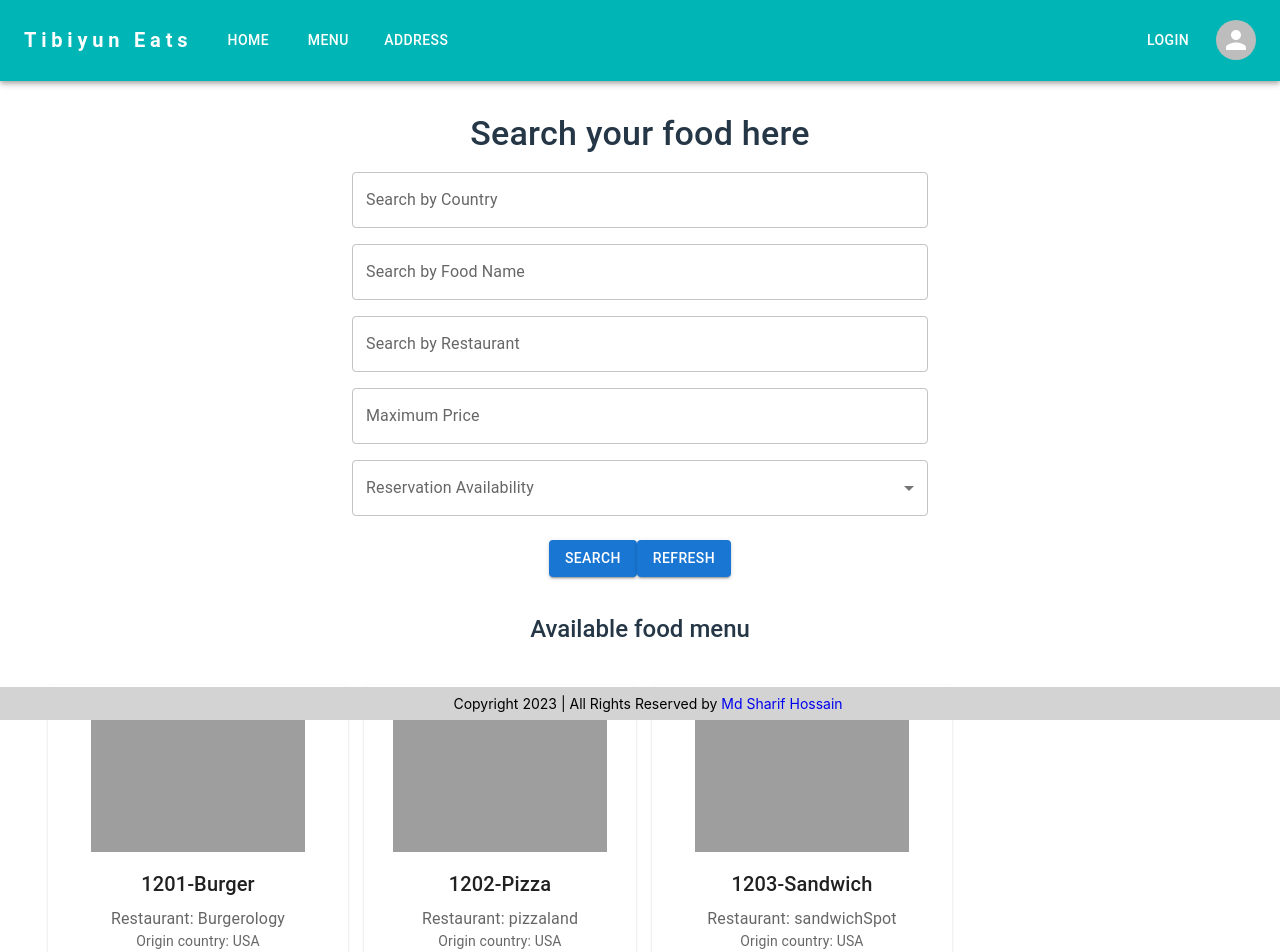
Repository: Sharif-00112/tibiyun-test-frontend
Page: /
The author's editor kept a copy of each file at every save. The page is drawn from the files as they stood at one save, then again after the next save.
The browser window is 1280 px wide. The pictures show the part of the page from y = 0 to 952 px (the page is 3146 px tall before and 3162 px after).
Pictures or frames that could not be fetched are drawn as grey boxes. The page's requests for data from a server got no answer. The project was rebuilt for these pictures with package versions that can differ from the ones it lists, and the page was loaded fresh each time. No one was signed in, and anything a server would have sent is missing. Also part of the build but not shown: src/Pages/NotFound/NotFound.js, src/Pages/Login/Login/Login.js, src/Pages/Login/Register/Register.js, src/Pages/Dashboard/Dashboard/Dashboard.js, src/Pages/Login/PrivateRoute/PrivateRoute.js, src/Pages/Dashboard/AdminPanel/AdminPanel.js. Imported but missing from the stored project, and not drawn on this page: src/Pages/Login/AdminRoute/AdminRoute, src/hooks/useTitle.

Above is the page before, as saved 2023-08-22 15:19:15.

### src/App.js
// import logo from './logo.svg';
import './App.css';
import { BrowserRouter as Router, Route, Routes} from 'react-router-dom';
import Home from './Pages/Home/Home/Home';
import NotFound from './Pages/NotFound/NotFound';
import Login from './Pages/Login/Login/Login';
import Register from './Pages/Login/Register/Register';
import AuthProvider from './contexts/AuthProvider/AuthProvider';
import Dashboard from './Pages/Dashboard/Dashboard/Dashboard';
import PrivateRoute from './Pages/Login/PrivateRoute/PrivateRoute';
import Navbar from './Pages/Shared/Header/Navbar/Navbar';
import Footer from './Pages/Shared/Footer/Footer';
import AdminRoute from './Pages/Login/AdminRoute/AdminRoute';
import AdminPanel from './Pages/Dashboard/AdminPanel/AdminPanel';


function App() {
  return (
    <div className="App">
      <AuthProvider>
        <Router>
          <Navbar></Navbar>
          <Routes>
            <Route exact path = '/' element={<Home/>}/>
            <Route exact path = '/home' element={<Home/>}/>
            <Route exact path='/login' element={<Login/>} />
            <Route exact path='/register' element={<Register/>} />

            <Route exact path='/dashboard' element={
              <PrivateRoute>
                <Dashboard></Dashboard>
              </PrivateRoute>
            } />

            <Route exact path='/admin' element={
              <AdminRoute>
                <AdminPanel></AdminPanel>
              </AdminRoute>
            } />

            <Route path = '*' element={<NotFound/>}/>
          </Routes>
          <Footer></Footer>
        </Router>
      </AuthProvider>
    </div>
  );
}

export default App;

### src/Pages/Home/Home/Home.js
import React from 'react';
import WholeMenu from '../WholeMenu/WholeMenu';

const Home = () => {
    return (
        <div>
            <WholeMenu></WholeMenu>
        </div>
    );
};

export default Home;

### src/contexts/AuthProvider/AuthProvider.js
import React from 'react';
import { createContext } from 'react';
import useFirebase from '../../hooks/useFirebase';

export const AuthContext = createContext();

const AuthProvider = (props) => {
    const {children} = props;

    const allContexts = useFirebase();

    return (
        <AuthContext.Provider value={allContexts}>
            {children}
        </AuthContext.Provider>
    );
};

export default AuthProvider;

### src/Pages/Shared/Footer/Footer.js
import { Box, Typography } from '@mui/material';
import React from 'react';

const Footer = () => {
    return (
        <Box
            sx={{
                backgroundColor: 'lightgray',
                position: 'fixed',
                bottom: 0,
                left: 0,
                width: '100%',
                padding: '8px',
                marginTop: '15px'
            }}
        >
            <Typography sx={{ my: 0, mt: 0, fontSize: 14, fontWeight: 400 }} variant="" component="div">
                Copyright 2023 | All Rights Reserved by <a style={{textDecoration: 'none'}} href="http://www.sharif-hossain.com">Md Sharif Hossain</a>
            </Typography>
        </Box>
    );
};

export default Footer;

### src/Pages/Home/WholeMenu/WholeMenu.js
import React, { useState, useEffect } from 'react';
import Grid from '@mui/material/Grid';
import { Button, Container, Typography, TextField, MenuItem as MuiMenuItem } from '@mui/material';
import { Link } from 'react-router-dom';
import MenuItem from '../MenuItem/MenuItem';
import useAuth from '../../../hooks/useAuth';

const WholeMenu = () => {
    const { user } = useAuth();

    const [menu, setMenu] = useState([]);
    const [searchCountry, setSearchCountry] = useState('');
    const [searchFoodName, setSearchFoodName] = useState('');
    const [searchRestaurant, setSearchRestaurant] = useState('');
    const [searchMaxPrice, setSearchMaxPrice] = useState('');
    const [searchReservation, setSearchReservation] = useState('');
    const [searchResults, setSearchResults] = useState([]);

    useEffect(() => {
        const url = `/foodDB.json`;
        fetch(url)
            .then(res => res.json())
            .then(data => {
                setMenu(data);
                setSearchResults(data);
            });
    }, []);

    const filterMenuItems = () => {
        return menu.filter(menuItem =>
            menuItem.foodCountry.toLowerCase().includes(searchCountry.toLowerCase()) &&
            menuItem.foodName.toLowerCase().includes(searchFoodName.toLowerCase()) &&
            menuItem.restaurantName.toLowerCase().includes(searchRestaurant.toLowerCase()) &&
            (searchMaxPrice === '' || parseFloat(menuItem.foodPrice) <= parseFloat(searchMaxPrice)) &&
            (searchReservation === '' || menuItem.reservationAvailability.toLowerCase() === searchReservation.toLowerCase())
        );
    };

    const handleSearchSubmit = () => {
        // search operation
        const results = filterMenuItems();
        setSearchResults(results);

        // sending data to DB
        sendSearchResultsToDatabase(results);
    };

    const sendSearchResultsToDatabase = (results) => {
        const userEmail = user.email; // Replace with the actual user's email
        const currentDate = new Date().toISOString(); // Get the current date and time

        const dataToSend = {
            userEmail: userEmail,
            currentDate: currentDate,
            searchedBy: {searchCountry, searchFoodName, searchRestaurant, searchMaxPrice, searchReservation},
            searchResults: results,
        };

        const apiUrl = 'http://localhost:3010/searchResults';
        fetch(apiUrl, {
            method: 'POST',
            headers: {
                'Content-Type': 'application/json',
            },
            body: JSON.stringify(dataToSend),
        })
        .then(response => response.json())
        .then(data => {
            // console.log(data);
            if(data.insertedId){
                alert('Search result submitted successfully!');
            }
        })
        .catch(error => {
            console.error('Error sending search results to the database:', error);
        });
    };


    return (
        <div>
            <Container sx={{ flexGrow: 1, my: 4 }}>
                <Typography sx={{ fontWeight: 500, m: '25px auto 10px auto', color: '#253746' }} gutterBottom variant="h4" component="div">
                    Search your food here
                </Typography>

                <TextField
                    label="Search by Country"
                    value={searchCountry}
                    onChange={(e) => setSearchCountry(e.target.value)}
                    fullWidth
                    variant="outlined"
                    sx={{ m: 1, width: '50%' }}
                />

                <TextField
                    label="Search by Food Name"
                    value={searchFoodName}
                    onChange={(e) => setSearchFoodName(e.target.value)}
                    fullWidth
                    variant="outlined"
                    sx={{ m: 1, width: '50%' }}
                />

                <TextField
                    label="Search by Restaurant"
                    value={searchRestaurant}
                    onChange={(e) => setSearchRestaurant(e.target.value)}
                    fullWidth
                    variant="outlined"
                    sx={{ m: 1, width: '50%' }}
                />

                <TextField
                    label="Maximum Price"
                    type="number"
                    value={searchMaxPrice}
                    onChange={(e) => setSearchMaxPrice(e.target.value)}
                    fullWidth
                    variant="outlined"
                    sx={{ m: 1, width: '50%' }}
                />

                <TextField
                    select
                    label="Reservation Availability"
                    value={searchReservation}
                    onChange={(e) => setSearchReservation(e.target.value)}
                    fullWidth
                    variant="outlined"
                    sx={{ m: 1, width: '50%' }}
                >
                    <MuiMenuItem value="">All</MuiMenuItem>
                    <MuiMenuItem value="yes">Available</MuiMenuItem>
                    <MuiMenuItem value="no">Not Available</MuiMenuItem>
                </TextField>
                <br />
                {/* Submit Button */}
                <Button
                    variant="contained"
                    color="primary"
                    onClick={handleSearchSubmit}
                    sx={{ mt: 2 }}
                >
                    Search
                </Button>
                <Button
                    variant="contained"
                    color="primary"
                    sx={{ mt: 2 }}
                    href="/"
                >
                    Refresh
                </Button>
                <br /><br />
                <Typography sx={{ fontWeight: 500, m: 2, color: '#253746' }} gutterBottom variant="h5" component="div">
                    Available food menu
                </Typography>
                <br /><br />
                <Grid container spacing={{ xs: 2, md: 3 }} columns={{ xs: 12, sm: 12, md: 12 }}>
                    {searchResults.map(menuItem => (
                        <MenuItem
                            key={menuItem.ID}
                            menuItem={menuItem}
                        />
                    ))}
                </Grid>
            </Container>
            <Typography sx={{ m: 1, color: '#2b6777', fontWeight: 400 }} variant="h6" component="div">
                Looking for something else?
            </Typography>
            <Button variant="contained" style={{ backgroundColor: '#253746' }} sx={{ mb: 4, textDecoration: 'none' }}>
                <Link to={'/contact'} style={{ textDecoration: 'none', color: 'white' }}>Contact US</Link>
            </Button>
            <br /><br />
        </div>
    );
};

export default WholeMenu;

### src/hooks/useAuth.js
import { useContext } from "react"
import { AuthContext } from "../../src/contexts/AuthProvider/AuthProvider"

const useAuth = () =>{
    return useContext(AuthContext);
}

export default useAuth;

### src/hooks/useFirebase.js
import { useState } from "react";
import initializeAuthentication from "../Pages/Login/Firebase/firebase.initialize";
import { getAuth, signInWithPopup, GoogleAuthProvider, onAuthStateChanged, signOut, createUserWithEmailAndPassword, signInWithEmailAndPassword, sendPasswordResetEmail, updatePassword, sendEmailVerification, updateProfile, getIdToken } from "firebase/auth";
import { useEffect } from "react";

initializeAuthentication();

const useFirebase = () =>{
    const [user, setUser] = useState({});
    const [error, setError] = useState('');
    const [name, setName] = useState('');
    const [email, setEmail] = useState('');
    const [password, setPassword] = useState('');
    const [isLoading, setIsLoading] = useState(true);
    const [admin, setAdmin] = useState(false);
    const [token, setToken] = useState('');

    const googleProvider = new GoogleAuthProvider();
    const auth = getAuth();

    const signInUsingGoogle = (location, navigate) =>{
      setIsLoading(true);
      signInWithPopup(auth, googleProvider)
      .then((result) => {
          // This gives you a Google Access Token. You can use it to access the Google API.
          // const credential = GoogleAuthProvider.credentialFromResult(result);
          // const token = credential.accessToken;
          // The signed-in user info.
          setUser(result.user);
          // save user to the database
          saveUserToDB(result.user.email, result.user.displayName, 'PUT');
          const destination = location?.state?.from || '/dashboard';
          navigate(destination);
      }).catch((error) => {
          // Handle Errors here.
          setError(error.code);
          setError(error.message);
          // The email of the user's account used.
          setError(error.customData.email);
          // The AuthCredential type that was used.
          setError(GoogleAuthProvider.credentialFromError(error));
      }).finally(() =>{
        setIsLoading(false);
      });
    };

    const customLogin = (email, password, location, navigate) =>{
      setIsLoading(true);
      signInWithEmailAndPassword(auth, email, password)
      .then((userCredential) => {
        // Signed in
        const destination = location?.state?.from || '/';
        navigate(destination);
        setUser(userCredential.user);
        setError('');
      })
      .catch((error) => {
        setError(error.code);
        setError(error.message);
      })
      .finally(() => setIsLoading(false));
    };

    const customRegister = (email, password, navigate, name) =>{
      setIsLoading(true);
      createUserWithEmailAndPassword(auth, email, password)
      .then((userCredential) => {
        // Signed in
        // updating name in firebase
        updateProfile(auth.currentUser, {
          displayName: name
        }).then(() => {
          // Profile updated!
        }).catch((error) => {
          setError(error.code);
          setError(error.message);
        });
        // const user = userCredential.user;
        // console.log(user);
        setUser(userCredential.user);
        // save user to the database
        saveUserToDB(userCredential.user.email, userCredential.user.displayName, 'POST')
        // clear error message
        setError('');
        alert("Registration successful. Please login now");
        logout();
        navigate('/login')
      })
      .catch((error) => {
        setError(error.code);
        setError(error.message);
      })
      .finally(() => setIsLoading(false));
    };

    const handleLoginSubmitBtn = e =>{
      e.preventDefault();
      // console.log(email, password);
      customLogin(email, password);
    }

    const handleRegisterSubmitBtn = e =>{
      e.preventDefault();
      // console.log(email, password);

      if(!/.{8,}/.test(password)){
        setError('Ensure password is of minimum length 8');
        return;
      }
      customRegister(email, password);
    }

    const handleNameChange = e =>{
      setName(e.target.value);
    }

    const handleEmailChange = e =>{
      setEmail(e.target.value);
    }

    const handlePasswordChange = e =>{
      setPassword(e.target.value);
    }

    const handleForgotPassword = () =>{
      sendPasswordResetEmail(auth, email)
      .then(() => {
        // Password reset email sent!
      })
      .catch((error) => {
        setError(error.code);
        setError(error.message);
      });
    }

    const handleChangePassword = () =>{
      const user = auth.currentUser;
      const newPassword = password;
      updatePassword(user, newPassword).then(() => {
        // Update successful.
      }).catch((error) => {
        setError(error.code);
        setError(error.message);
      });
    }

    const setUserName = () =>{
      updateProfile(auth.currentUser, {
        displayName: name
      }).then(() => {
        // Profile updated!
      }).catch((error) => {
        setError(error.code);
        setError(error.message);
      });
    }

    const verifyEmail = () =>{
      sendEmailVerification(auth.currentUser)
      .then(() => {
        // Email verification sent!
      }).catch((error) => {
        setError(error.code);
        setError(error.message);
      });
    }

    //observe user login change
    useEffect(()=>{
        const unsubscribe = onAuthStateChanged(auth, (user) => {
            if (user) {
              // User is signed in
              setUser(user);

              //JWT (different style from Firebase documentation)
              getIdToken(user)
              // .then(idToken => console.log(idToken))
              // .then(idToken => localStorage.setItem('idToken', idToken))
              .then(idToken => setToken(idToken))

            } else {
              // User is signed out
              setUser({});
            }
            setIsLoading(false);
          });
          return () => unsubscribe;
    },[auth]);

    // check Admin
    useEffect( () =>{
      fetch(`http://localhost:3010/users/${user.email}`)
      .then(res => res.json())
      .then(data => setAdmin(data.admin))
    } ,[user.email])

    const logout = () =>{
      setIsLoading(true);
      signOut(auth)
      .then(() => {
          // Sign-out successful.
          setUser({});
        }).catch((error) => {
          setError(error);
        }).finally(()=>{
          setIsLoading(false);
        });
    }

    const saveUserToDB = (email, displayName, method) =>{
      const user = {email, displayName};
      fetch('http://localhost:3010/users', {
          method: method,
          headers: {
              'content-type' : 'application/json'
          },
          body: JSON.stringify(user)
      })
      .then()
    }

    return {
      signInUsingGoogle,
      customLogin,
      customRegister,
      handleLoginSubmitBtn,
      handleRegisterSubmitBtn,
      handleNameChange,
      handleEmailChange,
      handlePasswordChange,
      handleForgotPassword,
      handleChangePassword,
      verifyEmail,
      setUserName,
      logout,
      user,
      admin,
      error,
      isLoading,
      token
    };
}

export default useFirebase;

### src/Pages/Home/MenuItem/MenuItem.js
import React from 'react';
import Grid from '@mui/material/Unstable_Grid2';
import Card from '@mui/material/Card';
import CardActions from '@mui/material/CardActions';
import CardContent from '@mui/material/CardContent';
import CardMedia from '@mui/material/CardMedia';
import Button from '@mui/material/Button';
import Typography from '@mui/material/Typography';


const MenuItem = (props) => {
    const { foodCode, foodName, foodImage, foodCountry, foodPrice, restaurantName, restaurantAddress, reservationAvailability } = props.menuItem;

    return (
        <Grid xs={6} sm={4} md={3} >
            <Card sx={{ maxWidth: 300, m:1 }}>
                <CardMedia
                    component="img"
                    src={foodImage}
                    alt={foodName}
                    style={{ width: 'auto', height: 160, margin: '0 auto', marginTop: '7px'}}
                />
                <CardContent>
                    <Typography gutterBottom variant="h6" component="div" sx={{ overflow: 'hidden', textOverflow: 'ellipsis', display: '-webkit-box', WebkitBoxOrient: 'vertical', WebkitLineClamp: 1 }}>
                        {foodCode}-{foodName}
                    </Typography>
                    <Typography variant="body1" color="text.secondary" sx={{ overflow: 'hidden', textOverflow: 'ellipsis', display: '-webkit-box', WebkitBoxOrient: 'vertical', WebkitLineClamp: 1 }}>
                        Restaurant: {restaurantName}
                    </Typography>
                    <Typography variant="body2" color="text.secondary" sx={{ overflow: 'hidden', textOverflow: 'ellipsis', display: '-webkit-box', WebkitBoxOrient: 'vertical', WebkitLineClamp: 1 }}>
                        Origin country: {foodCountry}
                    </Typography>
                    <Typography variant="body2" color="text.secondary" sx={{ overflow: 'hidden', textOverflow: 'ellipsis', display: '-webkit-box', WebkitBoxOrient: 'vertical', WebkitLineClamp: 1 }}>
                        Address: {restaurantAddress}
                    </Typography>
                    <Typography variant="body2" color="text.secondary" sx={{ overflow: 'hidden', textOverflow: 'ellipsis', display: '-webkit-box', WebkitBoxOrient: 'vertical', WebkitLineClamp: 1 }}>
                        Res. Requirement: {reservationAvailability}
                    </Typography>
                </CardContent>
                <CardActions  style={{ display: 'flex', justifyContent: 'space-around' }}>
                    <Button size="small">BDT {foodPrice}</Button>
                    <Button size="small">Order Online</Button>
                </CardActions>
            </Card>
        </Grid>
    );
};

export default MenuItem;

### src/Pages/Login/Firebase/firebase.initialize.js
// console.log(process.env);
import { initializeApp } from "firebase/app";
import firebaseConfig from "./firebase.config";

const initializeAuthentication = () =>{
    initializeApp(firebaseConfig);
}

export default initializeAuthentication;

### src/Pages/Login/Firebase/firebase.config.js
// console.log(process.env);

const firebaseConfig = {
    apiKey: process.env.REACT_APP_FIREBASE_API_KEY,
    authDomain: process.env.REACT_APP_FIREBASE_AUTH_DOMAIN,
    projectId: process.env.REACT_APP_FIREBASE_PROJECT_ID,
    storageBucket: process.env.REACT_APP_FIREBASE_STORAGE_BUCKET,
    messagingSenderId: process.env.REACT_APP_FIREBASE_MESSAGING_SENDER_ID,
    appId: process.env.REACT_APP_FIREBASE_APP_ID,
    measurementId: process.env.REACT_APP_FIREBASE_MEASUREMENT_ID
  };

  export default firebaseConfig;

Loaded but not shown: src/index.js (common file); src/index.css (common file); src/reportWebVitals.js (common file); src/App.css (common file); public/foodDB.json (202 lines, source omitted); src/Pages/Shared/Header/Navbar/Navbar.js (229 lines, source omitted)

After the next save:
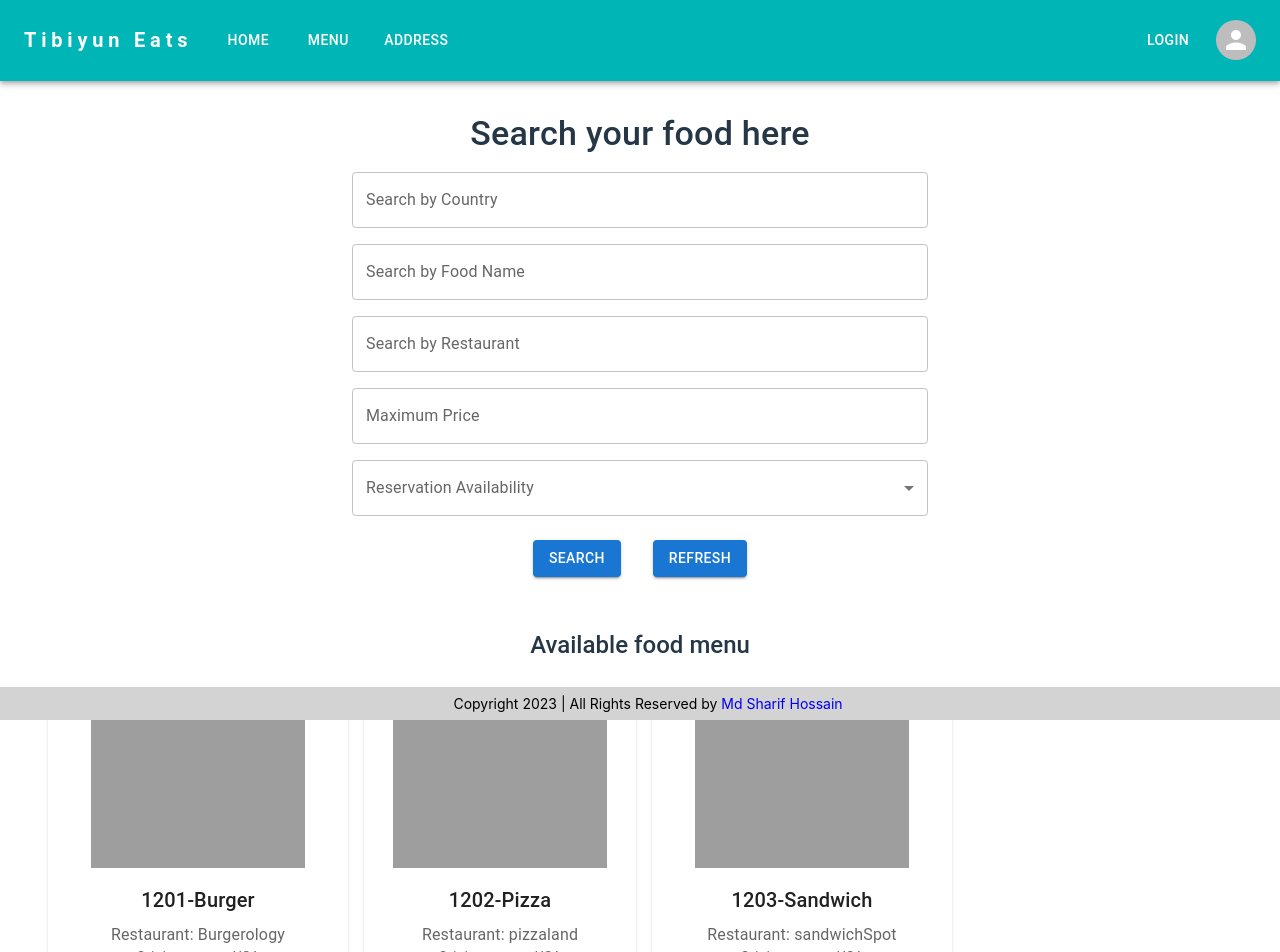
Saved 11 s later.
--- a/src/Pages/Home/WholeMenu/WholeMenu.js
+++ b/src/Pages/Home/WholeMenu/WholeMenu.js
@@ -140,14 +140,14 @@ const WholeMenu = () => {
                     variant="contained"
                     color="primary"
                     onClick={handleSearchSubmit}
-                    sx={{ mt: 2 }}
+                    sx={{ m: 2 }}
                 >
                     Search
                 </Button>
                 <Button
                     variant="contained"
                     color="primary"
-                    sx={{ mt: 2 }}
+                    sx={{ m: 2 }}
                     href="/"
                 >
                     Refresh
